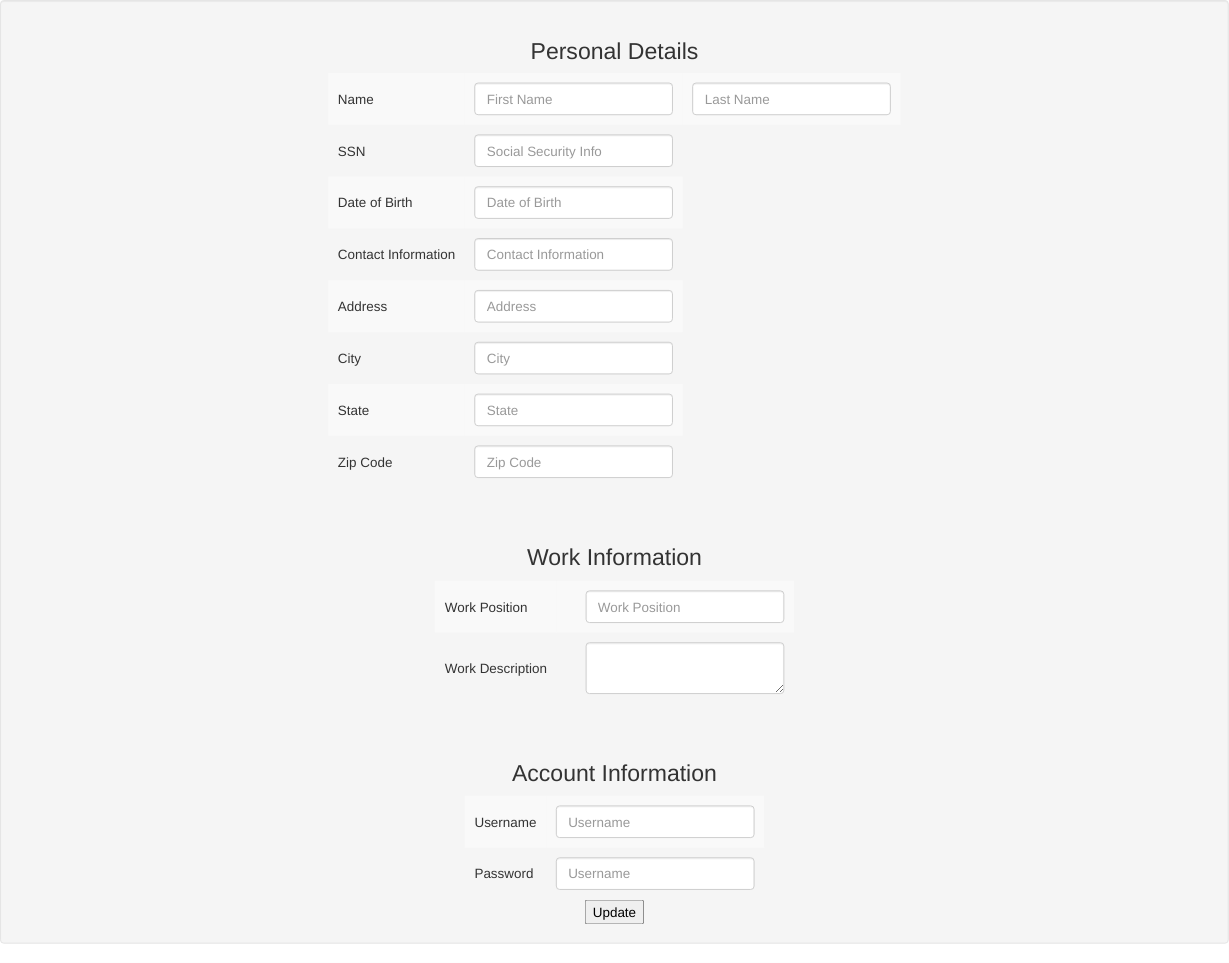
Repository: harshadrane89/CMPE273-WebService-AirlineManagement
Page: http://localhost/AirlineManagementSystemClient/TwitterGUI/ModifyEmployee.jsp
An editor plug-in stored every save of this project. The page is shown before and after the next save, followed by the edit.
The browser window is 1280 px wide. The pictures show the whole page, at 96% of full size.
The page is served by Tomcat 9.

Above is the page before, as saved 2013-12-06 14:40:24.

After the next save:
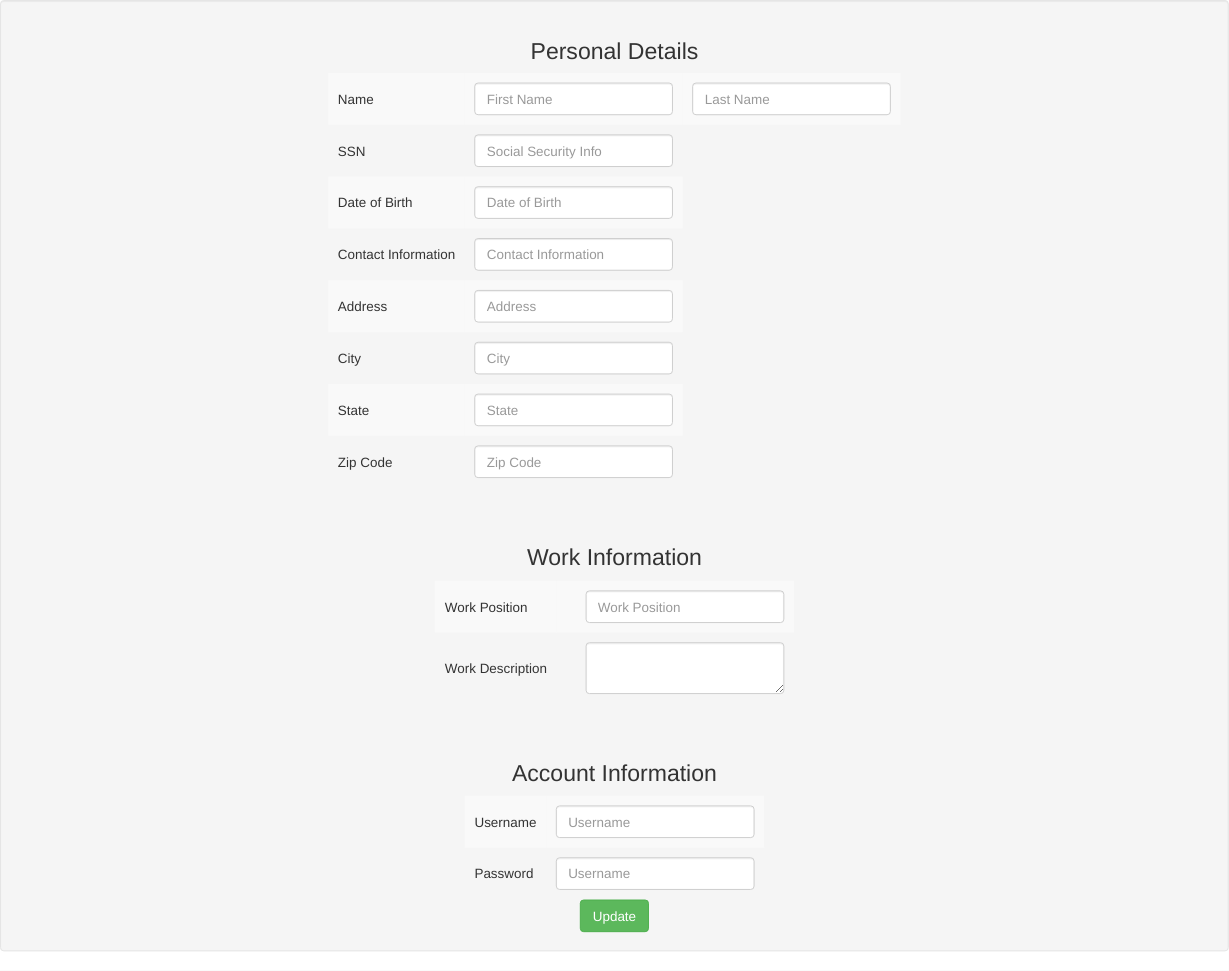
Saved 15 s later.
--- a/273_Project_Tomcat/AirlineManagementSystemClient/WebContent/TwitterGUI/ModifyEmployee.jsp
+++ b/273_Project_Tomcat/AirlineManagementSystemClient/WebContent/TwitterGUI/ModifyEmployee.jsp
@@ -93,7 +93,7 @@
 
 	<center>
 		<h3>Account Information</h3>
-		<table cellpadding="10px" cellspacing="10px" class="table-striped" class=" form-control">
+		<table cellpadding="10px" cells-spacing="10px" class="table-striped" class=" form-control">
 			<tr>
 				<td>
 					Username
@@ -111,7 +111,7 @@
 				</td>
 			</tr>
 		</table>
-		<input type="submit" value="Update">
+		<input type="submit" value="Update" class="btn btn-success">
 	</center>
 
 	</form>
